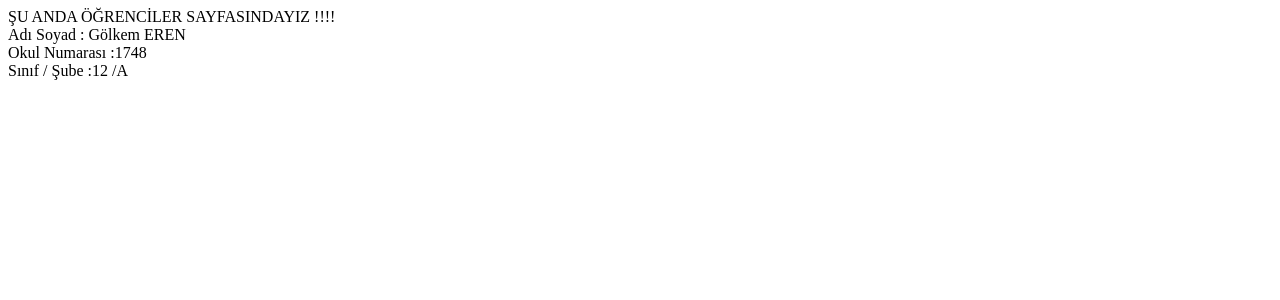
Repository: golkemeren/IleriJava101Java201Java301
Page: http://localhost/Displatcher_10/ogrenciler
An editor plug-in stored every save of this project. The page is shown before and after the next save, followed by the edit.
The browser window is 1280 px wide. The pictures show the whole page.
The page is served by Tomcat 10. Other server files are loaded and not shown.

Above is the page before, as saved 2023-03-23 01:47:59.

### Displatcher_10/src/main/webapp/jspUseBean/ogrenciler.jsp
<%@ page import="bean.pojo.Ogrenci" %>
<%@ page language="java" contentType="text/html; charset=UTF-8"
    pageEncoding="UTF-8"%>

<!DOCTYPE html>
<html>
<head>
<meta charset="UTF-8">



<title>Öğrenciler</title>
</head>
<body>

ŞU ANDA ÖĞRENCİLER SAYFASINDAYIZ !!!!

 <br>
 <% Ogrenci o = (Ogrenci)request.getAttribute("ogrenci"); %>
 <%=   "Adı Soyad : " + o.getAd() + " " + o.getSoyad()+ "<br>" %>
 <%=   "Okul Numarası :" + o.getNo() + "<br>"  %>
 <%=  " Sınıf / Şube :" + o.getSinif() + " /" +o.getSube() %>
</body>

</html>

### Displatcher_10/src/main/java/bean/servlet/StartUp.java
package bean.servlet;

import java.io.IOException;

import bean.pojo.Ogrenci;
import jakarta.servlet.RequestDispatcher;
import jakarta.servlet.ServletException;
import jakarta.servlet.annotation.WebServlet;
import jakarta.servlet.http.HttpServlet;
import jakarta.servlet.http.HttpServletRequest;
import jakarta.servlet.http.HttpServletResponse;


@WebServlet (urlPatterns = {"/ogrenciler"})
public class StartUp extends HttpServlet {
 @Override
protected void doGet(HttpServletRequest req, HttpServletResponse resp) throws ServletException, IOException {

	// String bilgi = "ogrenciler servletinden geldim";
     //req.setAttribute("info", bilgi );

	 Ogrenci ogrenci = new Ogrenci("1748","Gölkem","EREN",12,'A');
	 req.setAttribute("ogrenci", ogrenci);

	 RequestDispatcher dispatcher = req.getRequestDispatcher("jspUseBean/ogrenciler.jsp");
    dispatcher.forward(req, resp);

 }

}

### Displatcher_10/src/main/java/bean/pojo/Ogrenci.java
package bean.pojo;

public class Ogrenci {
private String no;
private String ad;
private String soyad ;
private int sinif ;
private char sube ;

public Ogrenci() {


}


public Ogrenci(String no, String ad, String soyad, int sinif, char sube) {

	this.no = no;
	this.ad = ad;
	this.soyad = soyad;
	this.sinif = sinif;
	this.sube = sube;
}


public String getNo() {
	return no;
}
public void setNo(String no) {
	this.no = no;
}
public String getAd() {
	return ad;
}
public void setAd(String ad) {
	this.ad = ad;
}
public String getSoyad() {
	return soyad;
}
public void setSoyad(String soyad) {
	this.soyad = soyad;
}
public int getSinif() {
	return sinif;
}
public void setSinif(int sinif) {
	this.sinif = sinif;
}
public char getSube() {
	return sube;
}
public void setSube(char sube) {
	this.sube = sube;
}




}

After the next save:
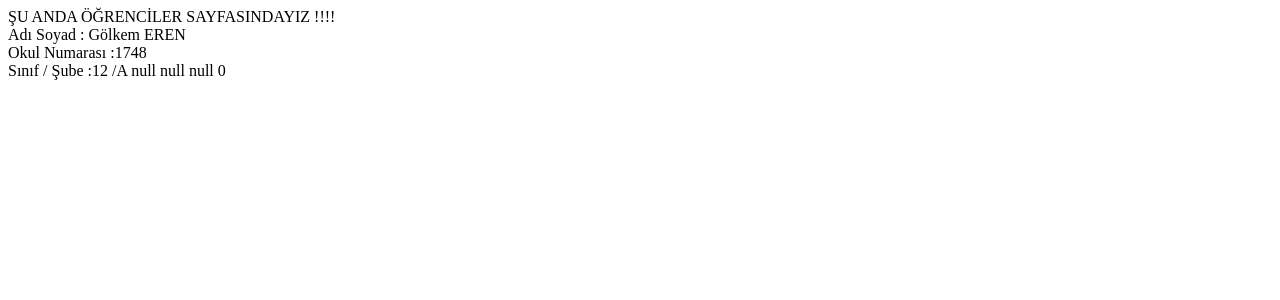
Saved 5 min 11 s later.
--- a/Displatcher_10/src/main/webapp/jspUseBean/ogrenciler.jsp
+++ b/Displatcher_10/src/main/webapp/jspUseBean/ogrenciler.jsp
@@ -20,6 +20,13 @@
  <%=   "Adı Soyad : " + o.getAd() + " " + o.getSoyad()+ "<br>" %>
  <%=   "Okul Numarası :" + o.getNo() + "<br>"  %>
  <%=  " Sınıf / Şube :" + o.getSinif() + " /" +o.getSube() %>
+
+<jsp:useBean id="ogrenci" class = "bean.pojo.Ogrenci"></jsp:useBean>
+<jsp:getProperty property="no" name="ogrenci"/>
+<jsp:getProperty property="ad" name="ogrenci"/>
+<jsp:getProperty property="soyad" name="ogrenci"/>
+<jsp:getProperty property="sinif" name="ogrenci"/>
+<jsp:getProperty property="sube" name="ogrenci"/>
 </body>
 
 </html>
